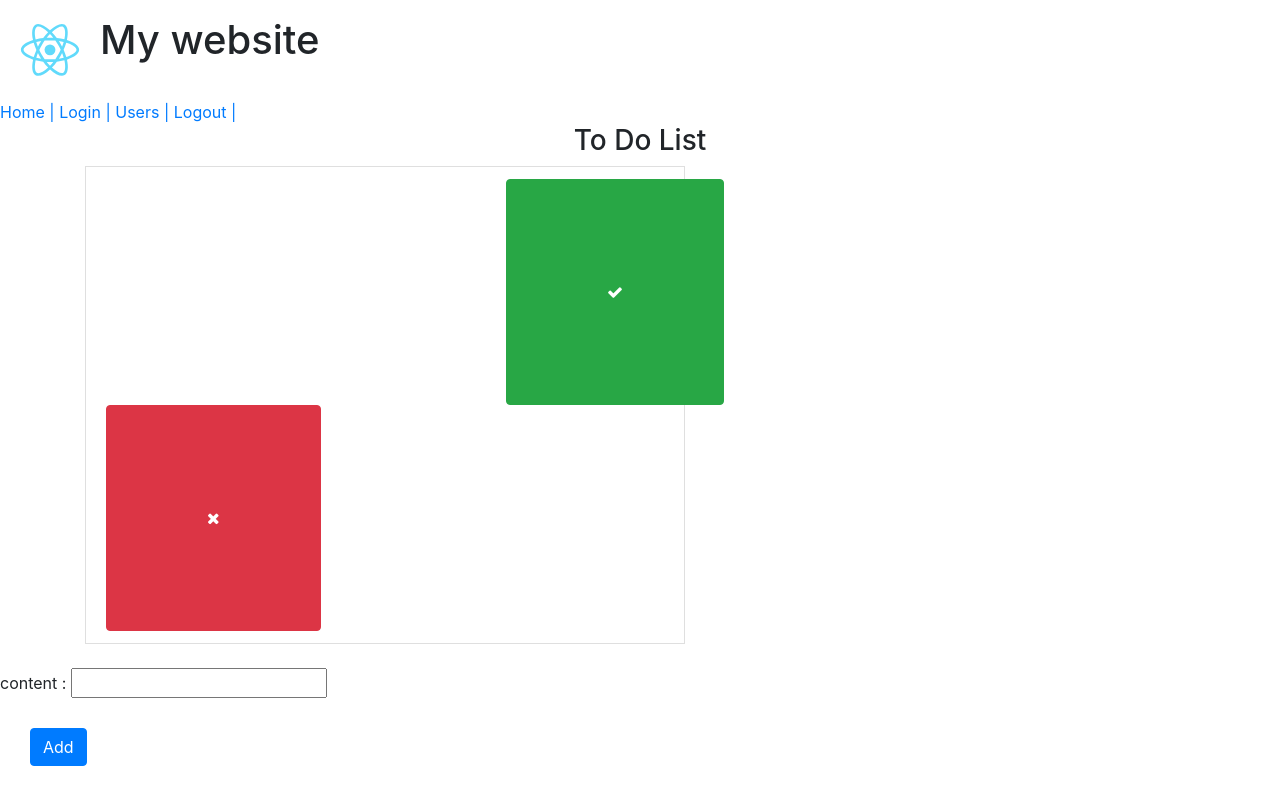
Repository: Marwa-Medhat/ReactJS-Labs
Page: / (app in myapp/), after clicking the first element matching `button.btn`
An editor plug-in stored every save of this project. The page is shown before and after the next save, followed by the edit.
The browser window is 1280 px wide. The pictures show the whole page.
The project was rebuilt for these pictures with package versions that can differ from the ones it lists, and the page was loaded fresh each time.

Above is the page before, as saved 2021-04-28 21:16:21.

After the next save:
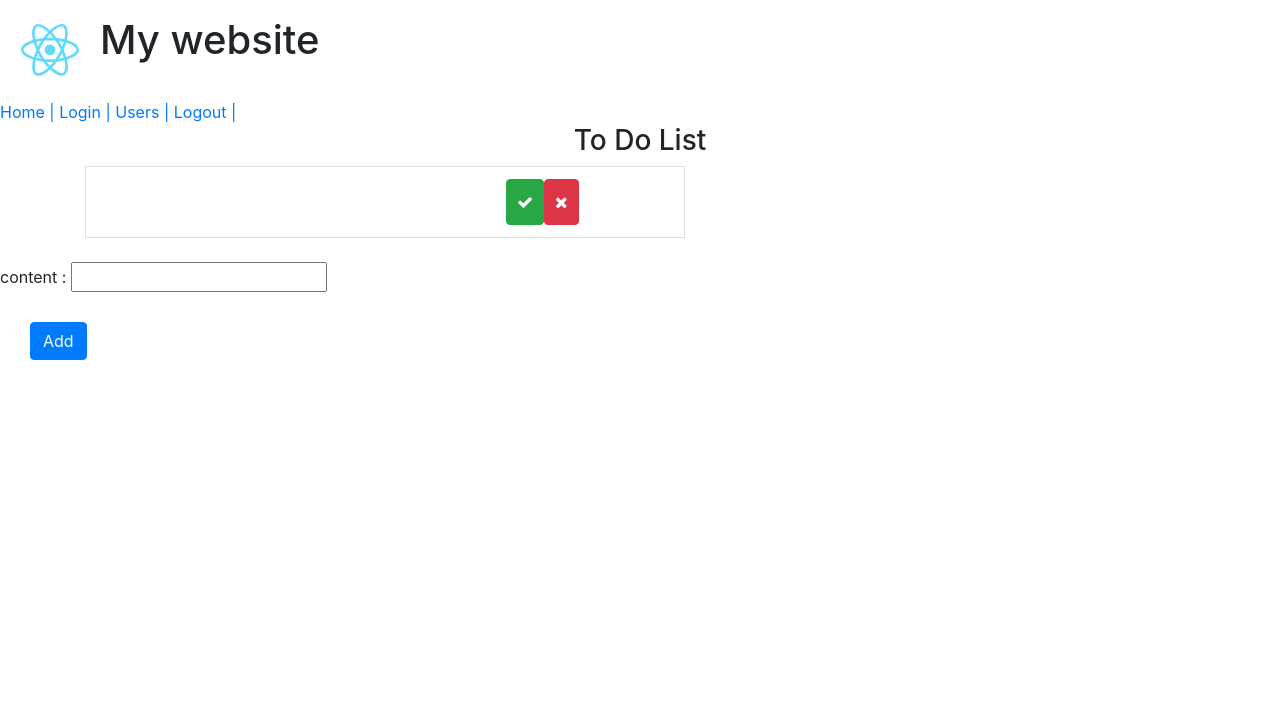
Saved 12 s later.
--- a/myapp/src/todo.js
+++ b/myapp/src/todo.js
@@ -91,8 +91,8 @@ class DisplayTask extends React.Component{
     render(){
         return <div>
     <a href="#" class="list-group-item list-group-item-action " style={{width:600 ,fontWeight:'bolder',marginRight:50,}}>{this.props.content.content}
-    <button  className="btn btn-success" style={{ marginLeft: 400,padding:100}}><i className="fa fa-check "></i></button>
-    <button className="btn btn-danger" style={{padding:100}}><i className="fa fa-times btn-danger" ></i></button></a>
+    <button  className="btn btn-success" style={{ marginLeft: 400,padding:10}}><i className="fa fa-check "></i></button>
+    <button className="btn btn-danger" style={{padding:10}}><i className="fa fa-times btn-danger" ></i></button></a>
 
     </div>
     }
